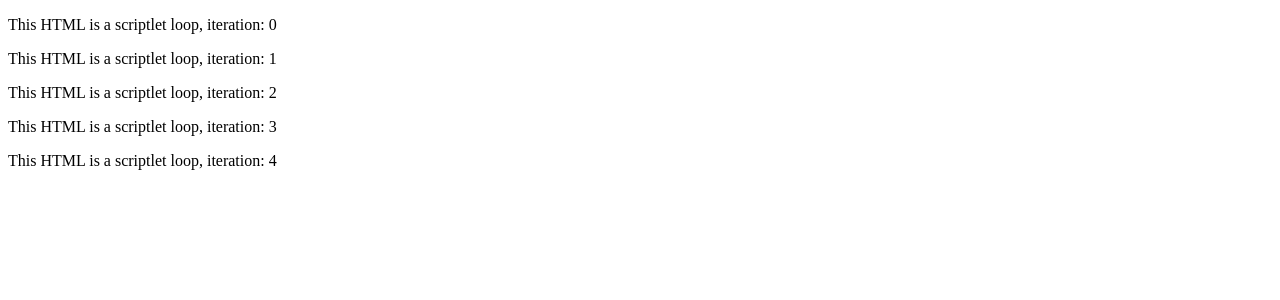
Repository: kanastasov/Java-Web-App
Page: http://localhost/2.1-Scriptlets/manipulations.jsp
The author's editor kept a copy of each file at every save. The page is drawn from the files as they stood at one save, then again after the next save.
The browser window is 1280 px wide. The pictures show the whole page.
The page is served by Tomcat 9. Other server files are loaded and not shown.

Above is the page before, as saved 2015-01-03 08:35:50.

### 2.1-Scriptlets/WebContent/manipulations.jsp
<%@ page language="java" contentType="text/html; charset=ISO-8859-1"
    pageEncoding="ISO-8859-1"%>
<!DOCTYPE html PUBLIC "-//W3C//DTD HTML 4.01 Transitional//EN" "http://www.w3.org/TR/html4/loose.dtd">
<html>
<head>
<meta http-equiv="Content-Type" content="text/html; charset=ISO-8859-1">
<title>Insert title here</title>
</head>
<body>


<% for(int i=0; i< 5; i++) { %>

<p> This HTML is a scriptlet loop, iteration:   <%= i %></p>

<% } %>

</body>
</html>

After the next save:
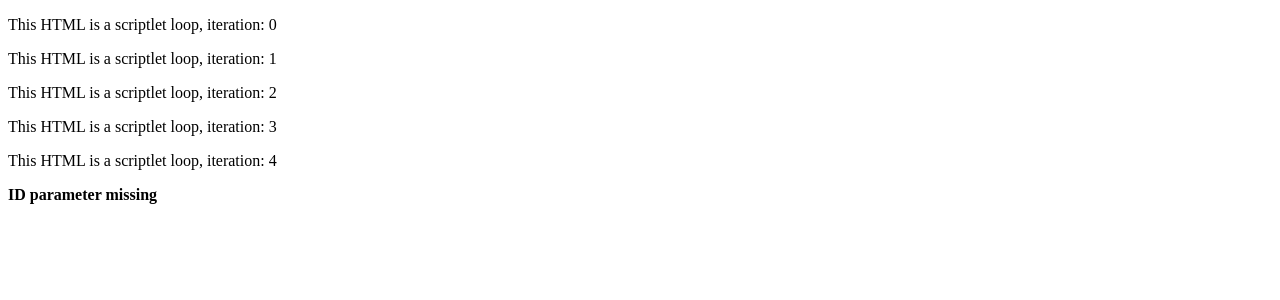
Saved 3 min 7 s later.
--- a/2.1-Scriptlets/WebContent/manipulations.jsp
+++ b/2.1-Scriptlets/WebContent/manipulations.jsp
@@ -15,5 +15,19 @@
 
 <% } %>
 
+<%
+String id = request.getParameter("id");
+
+if (id == null)
+{
+
+
+%>
+<strong> ID parameter missing </strong>
+
+<% } else { %>
+ID parameter is: <%= id %>
+
+<% }%>
 </body>
 </html>
